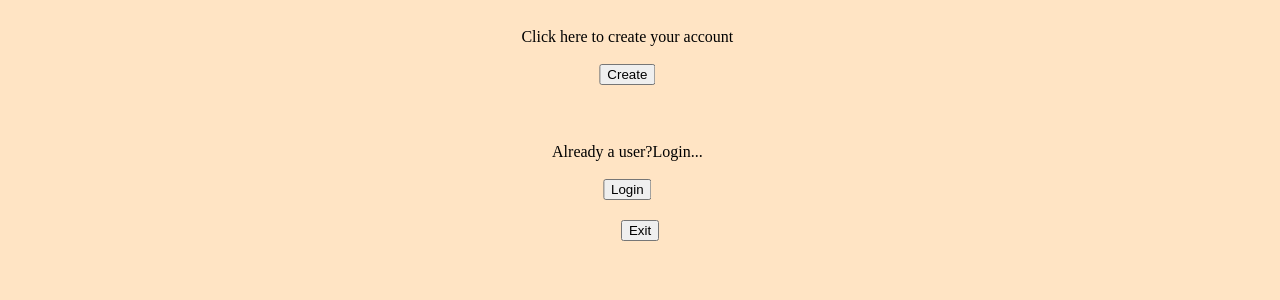
Repository: rosikraj/TurbifyTraining
Page: Wallet/WebContent/button.html
These files come from the project's save history. The page is drawn as it stood at one moment and after the next save; the edit follows.
The browser window is 1280 px wide. The pictures show the whole page.

Above is the page before, as saved 2023-09-24 08:05:52.

After the next save:
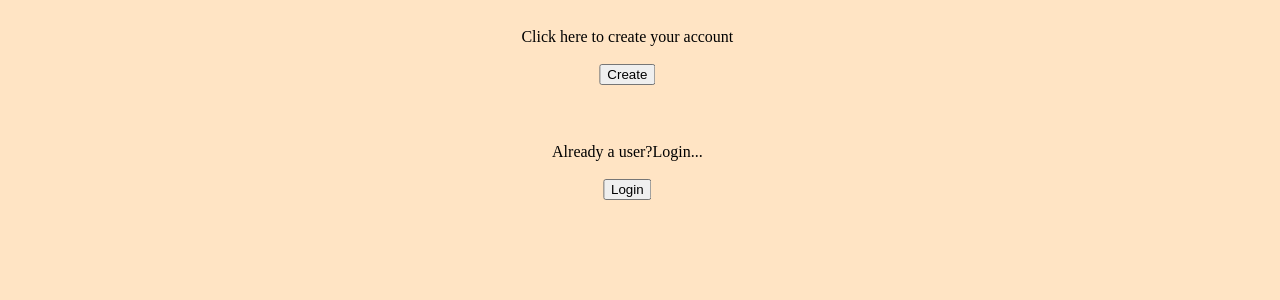
Saved 52 s later.
--- a/Wallet/WebContent/button.html
+++ b/Wallet/WebContent/button.html
@@ -30,8 +30,8 @@ Click here to create your account<br><br>
 <form method="post" action="login.jsp">
 Already a user?Login...<br><br>
 <input type="submit" name="login" value="Login">
+<br><br>
 </form>
-<button onclick="window.close()">Exit</button>
 </center>
 </body>
 </html>
